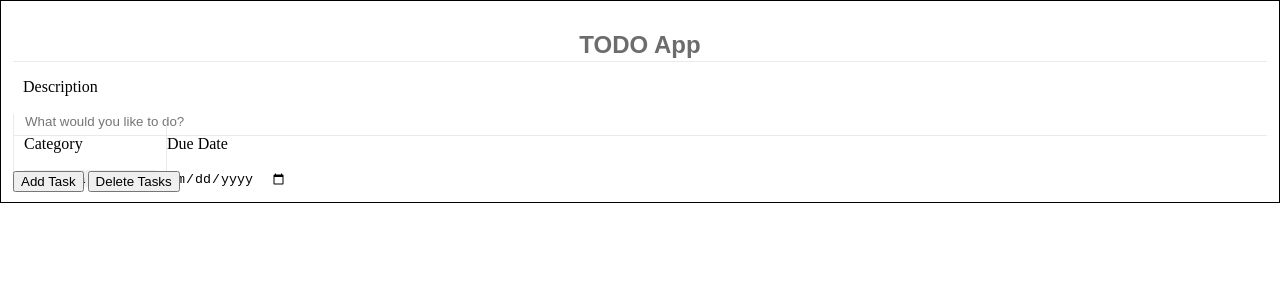
Repository: king-slayer97/TODO-App
Page: http://localhost/
An editor plug-in stored every save of this project. The page is shown before and after the next save, followed by the edit.
The browser window is 1280 px wide. The pictures show the whole page.
The page is served by the project's Node server (index.js).

Above is the page before, as saved 2022-08-15 17:13:33.

After the next save:
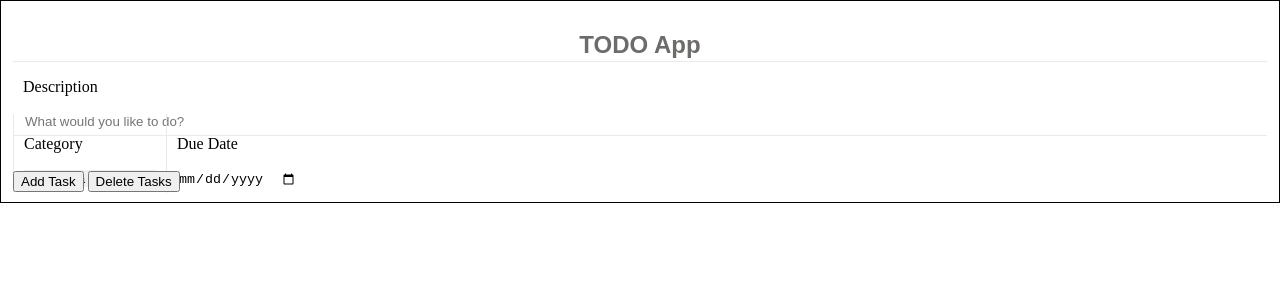
Saved 7 s later.
--- a/assets/css/home.css
+++ b/assets/css/home.css
@@ -53,7 +53,7 @@ body{
     height: 35px;
 }
 
-.category{
+.category,.date{
     /* height: 100%; */
     padding: 5px 10px;
 }
